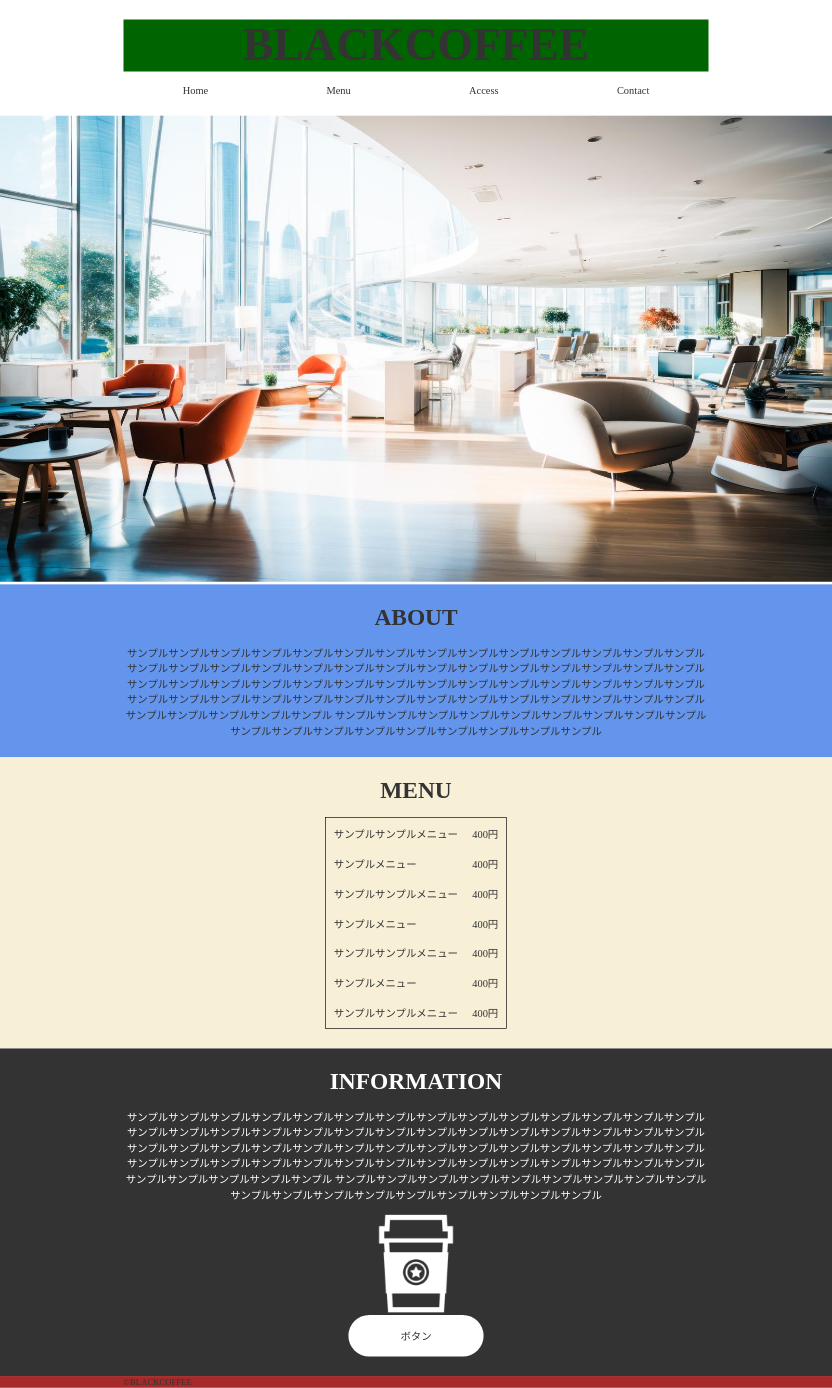
Repository: elle821208/Ayakomi-Cafe
Page: index.html
An editor plug-in stored every save of this project. The page is shown before and after the next save, followed by the edit.
The browser window is 1280 px wide. The pictures show the whole page, at 65% of full size.

Above is the page before, as saved 2025-03-20 07:38:35.

After the next save:
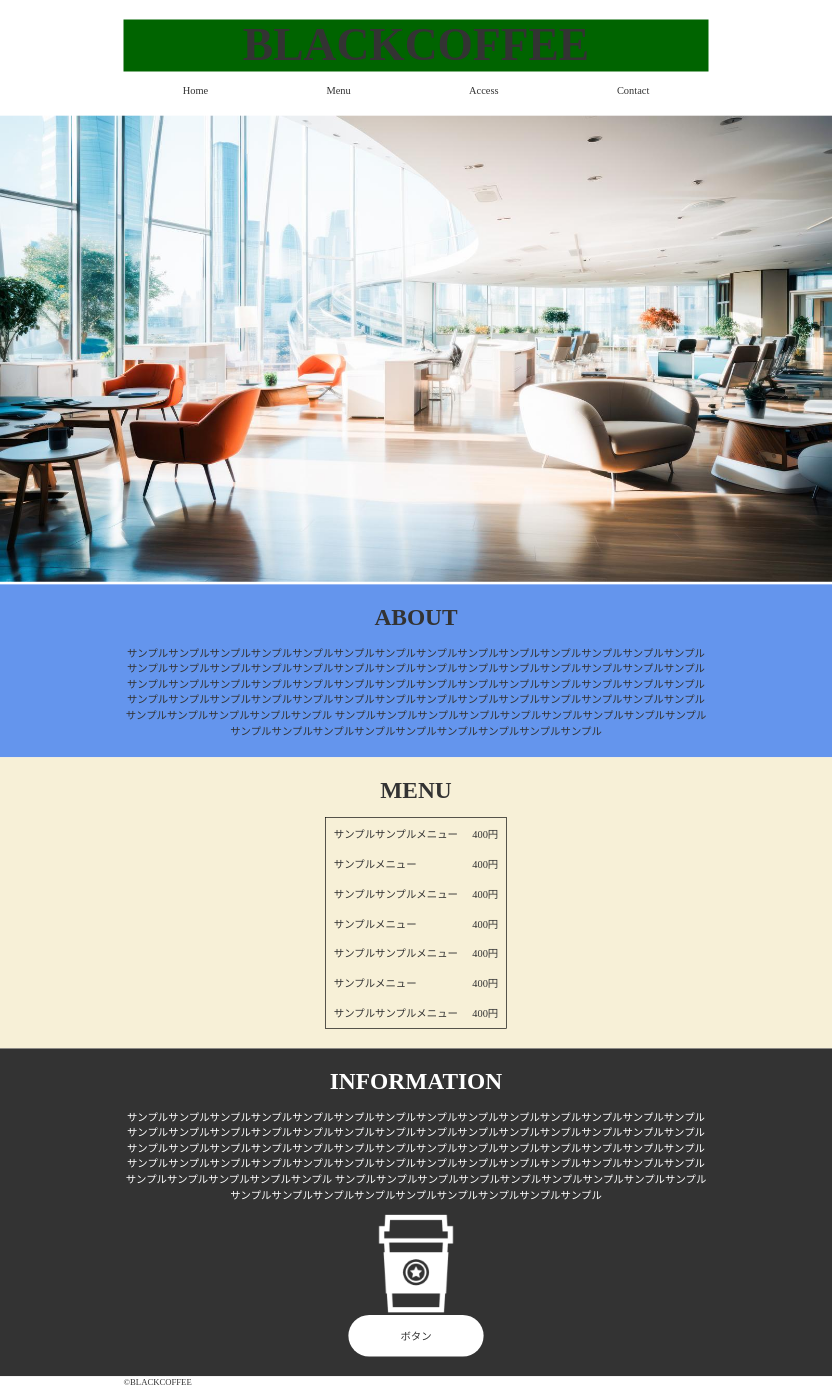
Saved 31 s later.
--- a/index.html
+++ b/index.html
@@ -108,7 +108,7 @@
 
         </aside>
 
-        <footer style="background-color: brown;">
+        <footer>
             <div class="container">
                 <small>&copy;BLACKCOFFEE</small>
 
